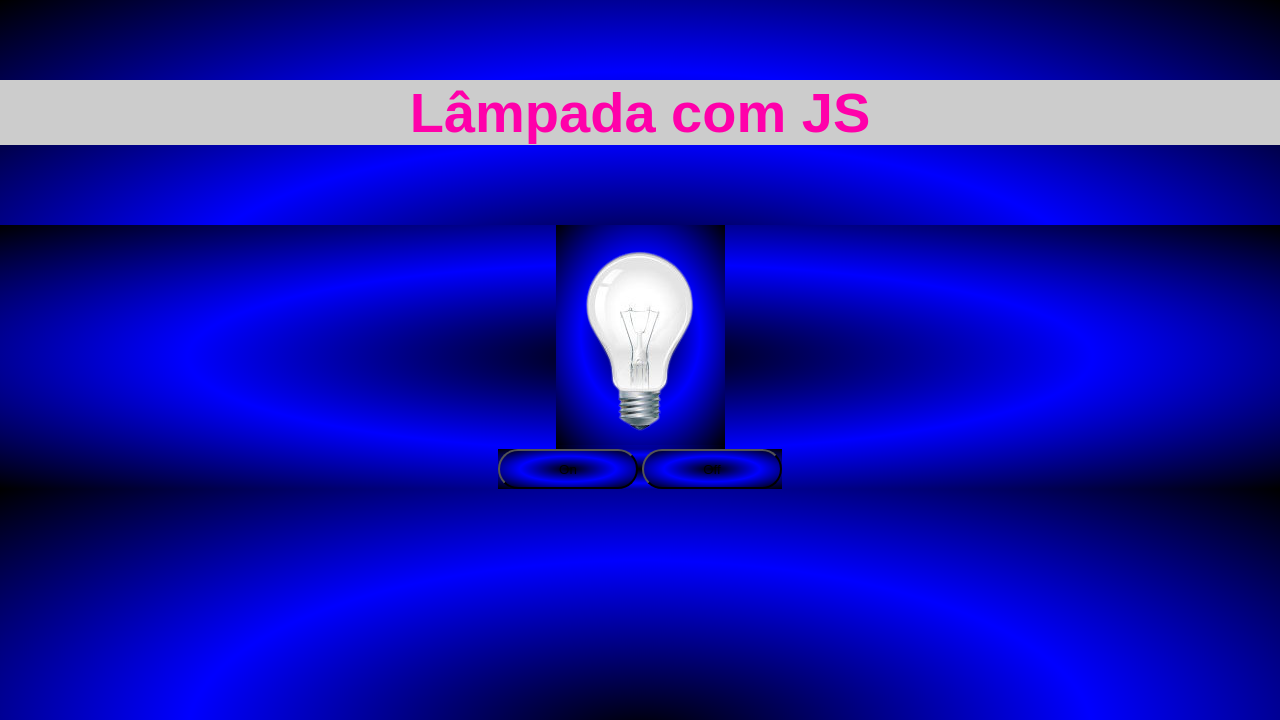
Repository: kahut-gdd/lampadaComJs
Page: index.html
An editor plug-in stored every save of this project. The page is shown before and after the next save, followed by the edit.
The browser window is 1280 px wide. The pictures show the whole page.

Above is the page before, as saved 2022-06-25 13:05:48.

After the next save:
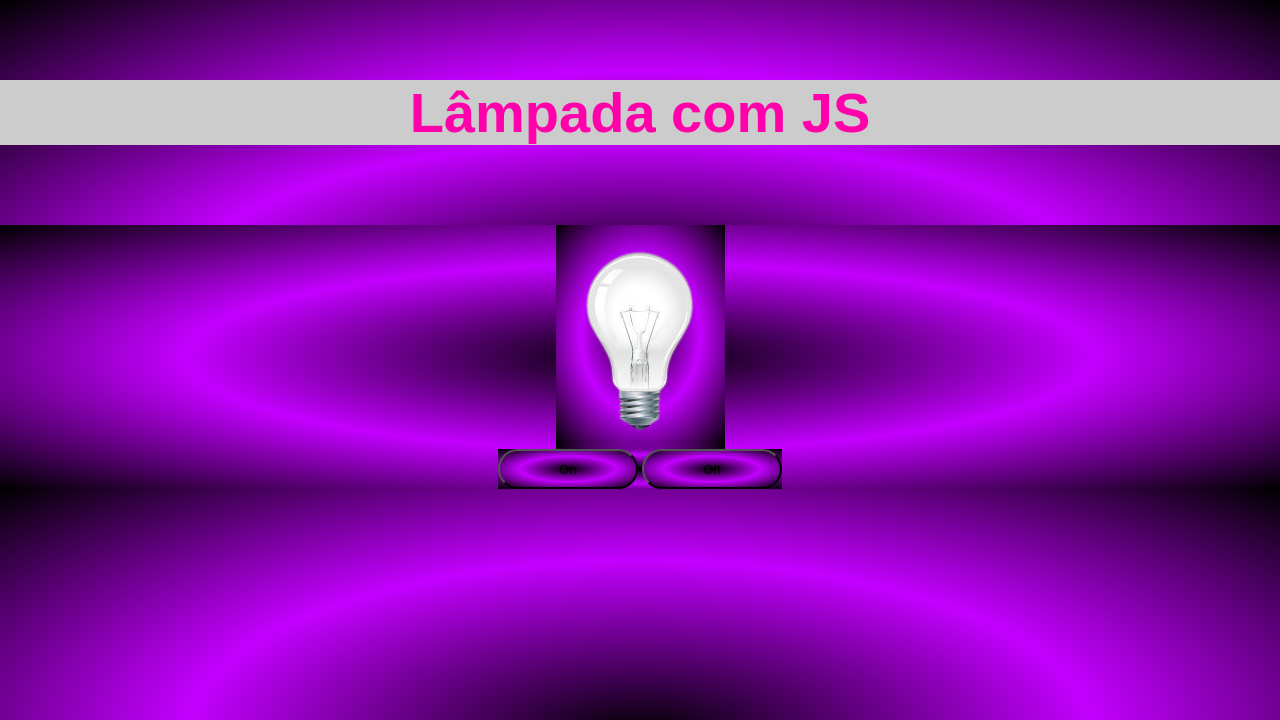
Saved 8 s later.
--- a/index.html
+++ b/index.html
@@ -9,7 +9,7 @@
         *{
             margin: 0;
             padding: 0;
-            background: radial-gradient(black, blue, black);
+            background: radial-gradient(black, rgb(195, 0, 255), black);
             align-items: center;
         }
         h1{
